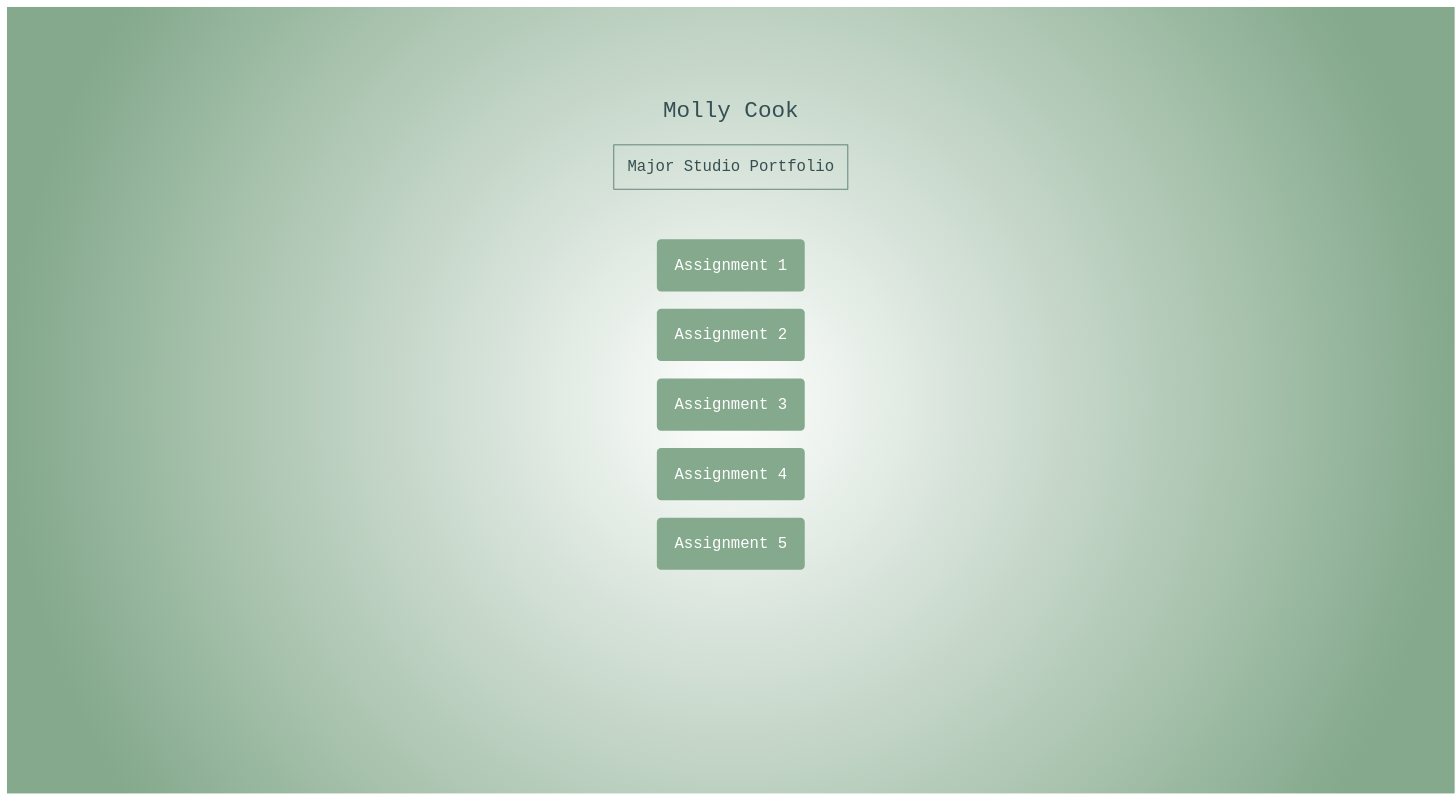
Repository: m0llyc00k/Major-studio-1
Page: index.html
The author's editor kept a record of every edit. The page is drawn from the files as they stood at one moment, then again after the next edit.
The browser window is 1280 px wide. The page is 1672 px wide, so the pictures cover 1672 px, including what lies to the right of the window. The pictures show the whole page, at 87% of full size.

Above is the page before.

After the next edit:
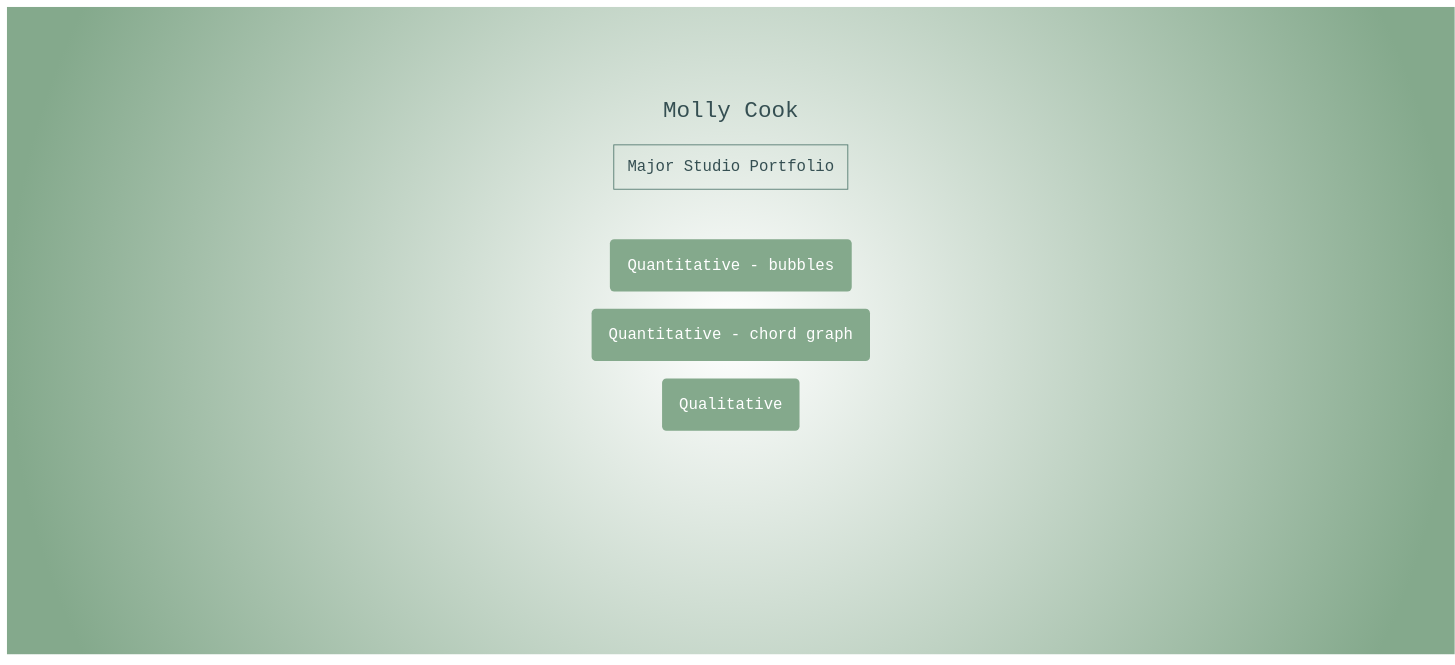
The edit:
--- a/index.html
+++ b/index.html
@@ -13,11 +13,9 @@
         </br>
         <h2>Major Studio Portfolio</h2>
         <ul>
-           <li> <a href="./Week 01/assignment-1-folder/index1.html"> Assignment 1</a> </li>
-           <li>  <a href="./Week 02/assignment-2-folder/index2.html"> Assignment 2</a></li>
-            <li> <a href="./Week 03/assignment-3-folder/index3.html"> Assignment 3</a></li>
-            <li> <a href="./Week 04/assignment-4-folder/index4.html"> Assignment 4</a></li>
-           <li>  <a href="./Week 05/assignment-5-folder/index5.html"> Assignment 5</a></li>
+           <li> <a href="./Week 01/assignment-1-folder/index1.html"> Quantitative - bubbles</a> </li>
+           <li>  <a href="./Week 02/assignment-2-folder/index2.html"> Quantitative - chord graph</a></li>
+            <li> <a href="./Week 03/assignment-3-folder/index3.html"> Qualitative</a></li>
         </ul>
     </div>
 </body>
